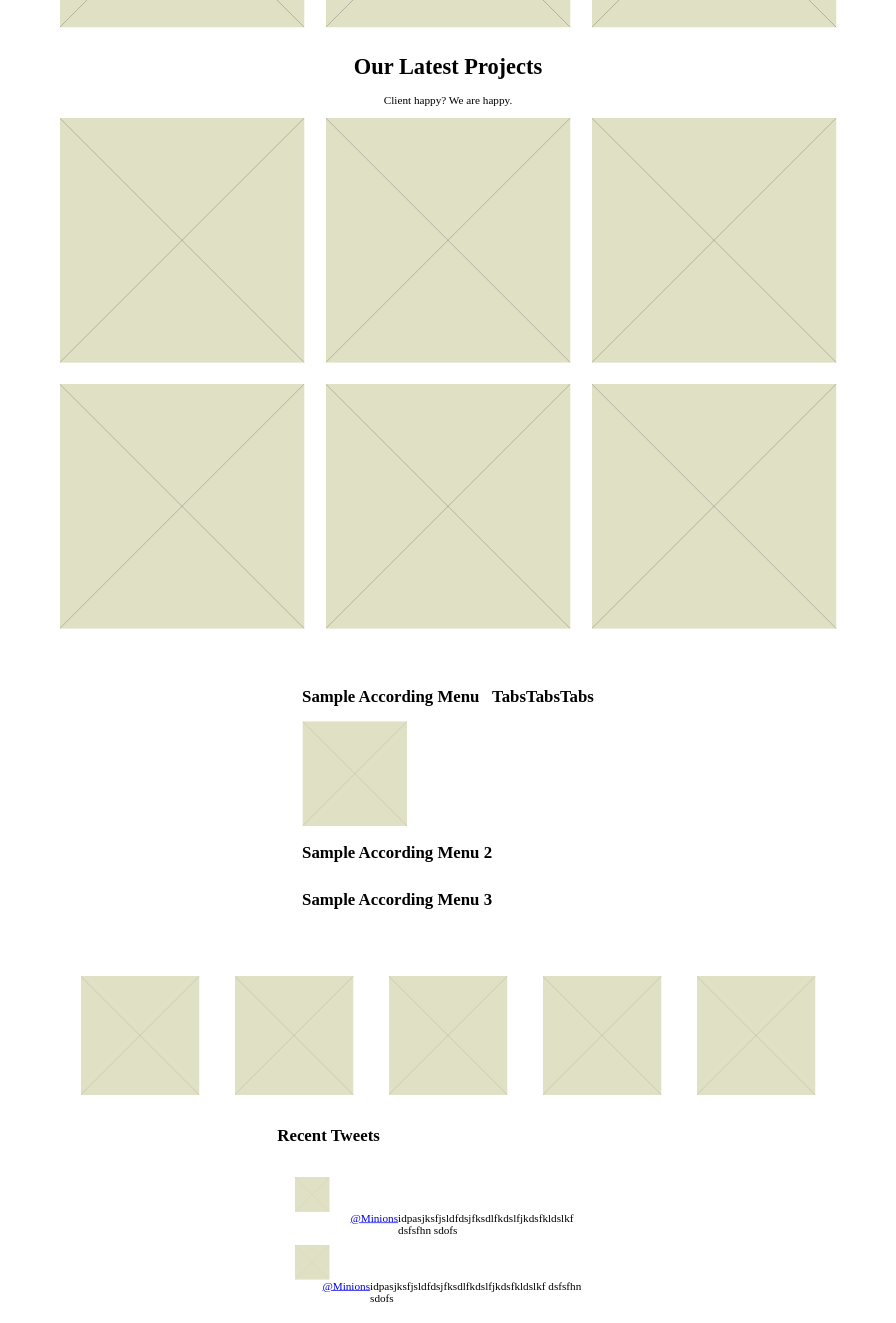
Repository: ReallyNguyen/responsive-web
Page: index.html
An editor plug-in stored every save of this project. The page is shown before and after the next save, followed by the edit.
The browser window is 1280 px wide. The pictures show the part of the page from y = 875 to 2795 px (the page is 2765 px tall before and 2795 px after), at 70% of full size.

Above is the page before, as saved 2023-01-25 21:45:40.

### index.html
<!doctype html>
<html class="no-js" lang="">

<head>
  <meta charset="utf-8">
  <title></title>
  <meta name="description" content="">
  <meta name="viewport" content="width=device-width, initial-scale=1">

  <meta property="og:title" content="">
  <meta property="og:type" content="">
  <meta property="og:url" content="">
  <meta property="og:image" content="">

  <link rel="manifest" href="site.webmanifest">
  <link rel="apple-touch-icon" href="icon.png">
  <!-- Place favicon.ico in the root directory -->

  <link rel="stylesheet" href="css/normalize.css">
  <link rel="stylesheet" href="css/main.css">

  <meta name="theme-color" content="#fafafa">
</head>

<body>
  <header>
    <div class="nav-bar">
      <h1 class="company-name" >Metrolics</h1>
      <img class="logo" src="placeholder.svg" alt="company logo" width="50" height="50">
      <img class="accordian" src="placeholder.svg" alt="accordian here" width="50" height="50">

    </div>

    <div class="introduction">
      <h1> Hey guys! This is the Metrolics theme. It sports a responsive layout with a mobile layout.</h1>
    </div>


  </header>



  <article>

    <div class="Title">
      <h1>
        Things we do
      </h1>
      <p>
        ask what we do
      </p>
    </div>

    <main>

      <div class="Contents">
        <div class="Content">
          <img src="placeholder.svg" alt="" width="50" height="50">
          <div class="Description">
            <h4 class="topic">
              Web Solution
            </h4>
            <p> ajisdjsad</p>
          </div>
        </div>

        <div class="Content">
          <img src="placeholder.svg" alt="" width="50" height="50">
          <div class="Description">
            <h4 class="topic">
              Photography
            </h4>
            <p> ajisdjsad</p>
          </div>
        </div>

        <div class="Content">
          <img src="placeholder.svg" alt="" width="50" height="50">
          <div class="Description">
            <h4 class="topic">
              Web Development
            </h4>
            <p> ajisdjsad</p>
          </div>
        </div>

        <div class="Content">
          <img src="placeholder.svg" alt="" width="50" height="50">
          <div class="Description">
            <h4 class="topic">
              Web Design
            </h4>
            <p> ajisdjsad</p>
          </div>
        </div>



      </div>

      <div class="whats_up_lately">

        <div class="Title">
          <h1>
            What's up lately?
          </h1>
          <p>
            Read up on our latest work
          </p>
        </div>

        <div class="Boxes">
          <img class="Sample" src="placeholder.svg" alt="" width="360" height="360">
          <img class="Sample" src="placeholder.svg" alt="" width="360" height="360">
          <img class="Sample" src="placeholder.svg" alt="" width="360" height="360">
        </div>
      </div>

      <div class="our_latest_projects">

        <div class="Title">
          <h1>
            Our Latest Projects
          </h1>
          <p>
            Client happy? We are happy.
          </p>
        </div>

        <div class="Boxes">
          <img class="Sample" src="placeholder.svg" alt="">
          <img class="Sample" src="placeholder.svg" alt="">
          <img class="Sample" src="placeholder.svg" alt="">
          <img class="Sample" src="placeholder.svg" alt="">
          <img class="Sample" src="placeholder.svg" alt="">
          <img class="Sample" src="placeholder.svg" alt="">
        </div>
      </div>

      <div class="Bottom">
        <div class="Menu">
          <div class="Menu1">
            <h2>Sample According Menu</h2>
            <div class="Desc-Menu1"></div>
            <img src="placeholder.svg" alt="" width="150" height="150">
          </div>
          <h2>Sample According Menu 2</h2>
          <h2>Sample According Menu 3</h2>
        </div>
        <div class="Tabs">
          <h2>Tabs</h2>
          <h2>Tabs</h2>
          <h2>Tabs</h2>
        </div>
      </div>

      <div class="Companies">
        <img class="Companies-Logo" src="placeholder.svg" alt="">
        <img class="Companies-Logo" src="placeholder.svg" alt="">
        <img class="Companies-Logo" src="placeholder.svg" alt="">
        <img class="Companies-Logo" src="placeholder.svg" alt="">
        <img class="Companies-Logo" src="placeholder.svg" alt="">
      </div>

      <div class="recent-tweets">
        <h2> Recent Tweets </h2>
        <div class="social-box">
          <img src="placeholder.svg" alt="" width="50" height="50">
          <div class="social-text-box">
            <a href="url"> @Minions </a>
            <p> idpasjksfjsldfdsjfksdlfkdslfjkdsfkldslkf dsfsfhn sdofs </p>
        </div>

          <img src="placeholder.svg" alt="" width="50" height="50">
          <div class="social-text-box-2">
            <a href="url"> @Minions </a>
            <p> idpasjksfjsldfdsjfksdlfkdslfjkdsfkldslkf dsfsfhn sdofs </p>
          </div>

        </div>
      </div>

    </main>



  </article>
</body>

</html>

### css/main.css
.nav-bar {
  display: flex;
  flex-direction: row;
  justify-content: center;
  margin: 50px;
}

.introduction {
  display: flex;
  justify-content: center;
}

.social-box {
  display: flex;
  justify-content: center;
  flex-direction: column;
  padding: 5%;

}

.social-text-box {
  display: flex;
  justify-content: center;
  padding-left: 80px;
  padding-bottom: 10px;
}

.social-text-box-2 {
  display: flex;
  justify-content: center;
  padding-left: 40px;
}


article>div {
  margin: 15px;
}

.Title {
  display: flex;
  flex-direction: column;
  text-align: center;
  margin-top: 0;
}

main {
  display: flex;
  flex-direction: column;
  align-items: center;
}


.topic {
  margin: 0;
}

p {
  margin: 0px;
}

.Contents {
  display: flex;
  flex-direction: row;
}

.Content {
  display: flex;
  flex-direction: row;
  margin: 15px;
}

.Boxes {
  display: flex;
  display: flex;
  flex-wrap: wrap;
  justify-content: center;
}

.Sample {
  margin: 15px;
  width: 350px;
  height: 350px;
}

.Bottom {
  display: flex;
  flex-direction: row;
  margin: 50px;
}

.Menu {
  display: flex;
  flex-direction: column;
}

.Tabs {
  display: flex;
  flex-direction: row;
}

.Companies {
  display: flex;
  flex-direction: row;
}

.Companies-Logo {
  width: 170px;
  height: 170px;
  margin: 25px;
}

/* Small only */
@media screen and (max-width: 39.9375em) {
  header {
    display: flex;
    flex-direction: column;
    text-align: center;
    margin: 15px;
    font-size: 10px;
  }
}

/* Medium and up */
@media screen and (min-width: 40em) {
  h1 br {
    display: none;
  }

}

/* Medium only */
@media screen and (min-width: 40em) and (max-width: 63.9375em) {}

/* Large and up */
@media screen and (min-width: 64em) {}

/* Large only */
@media screen and (min-width: 64em) and (max-width: 74.9375em) {}

Loaded but not shown: css/normalize.css (library)

After the next save:
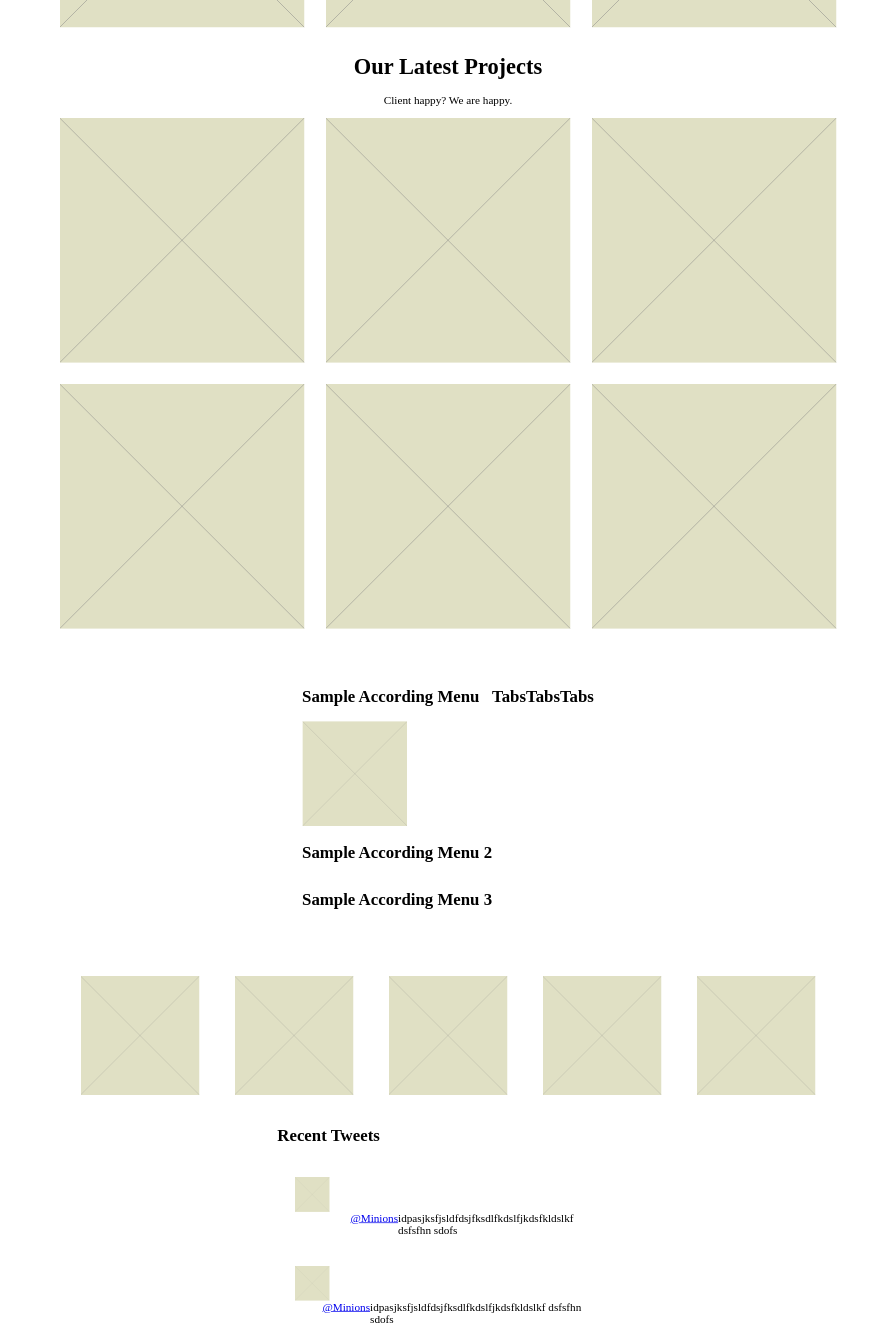
Saved 5 s later.
--- a/css/main.css
+++ b/css/main.css
@@ -22,7 +22,7 @@
   display: flex;
   justify-content: center;
   padding-left: 80px;
-  padding-bottom: 10px;
+  padding-bottom: 40px;
 }
 
 .social-text-box-2 {
